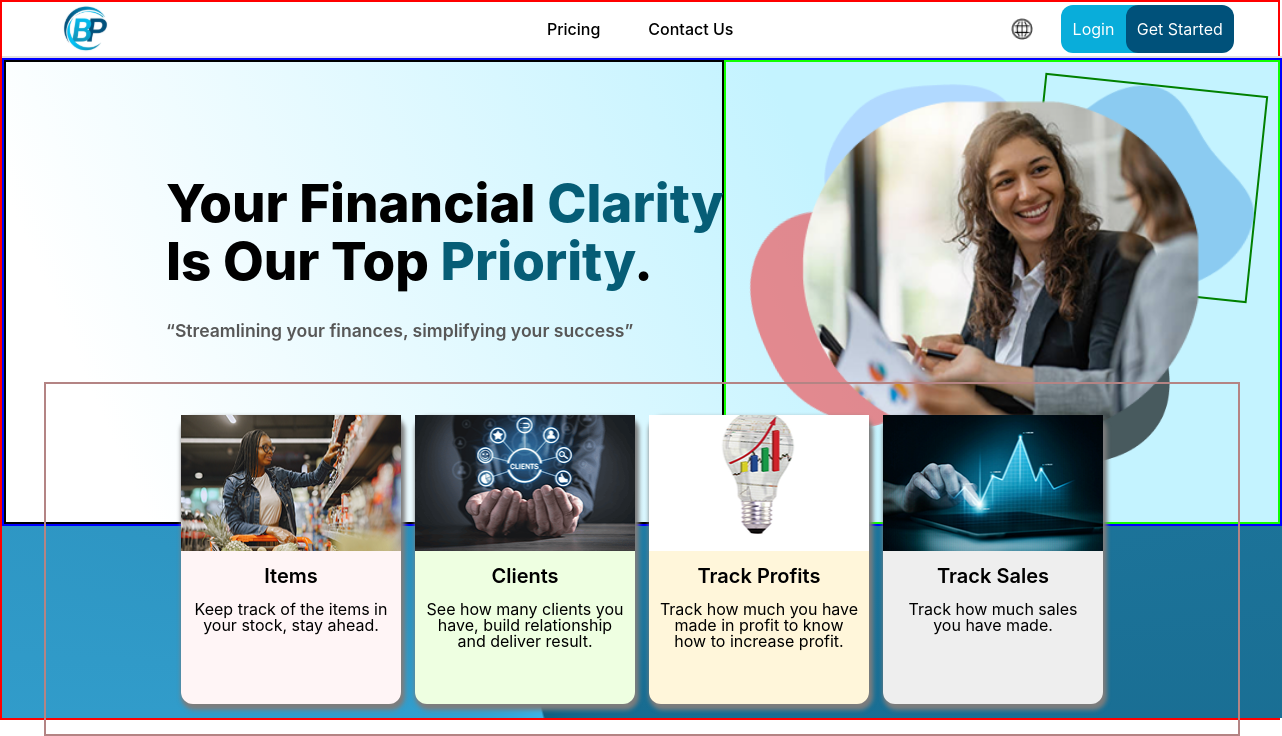
Repository: dark-txch/Bizpadi
Page: /
An editor plug-in stored every save of this project. The page is shown before and after the next save, followed by the edit.
The browser window is 1280 px wide. The page is 1282 px wide, so the pictures cover 1282 px, including what lies to the right of the window. The pictures show the whole page.
The project was rebuilt for these pictures with package versions that can differ from the ones it lists, and the page was loaded fresh each time. Also part of the build but not shown: vite.config.js, src/components/ErrorBoundary.jsx, src/components/LandingPage/PricingPage/Pricing.jsx, src/components/LandingPage/LogInPage/LogIn.jsx.

Above is the page before, as saved 2025-04-07 10:06:05.

### index.html
<!DOCTYPE html>
<html lang="en">
	<head>
		<meta charset="UTF-8" />
		<link rel="icon" type="image/svg+xml" href="/public/logo.svg" />
		<meta name="viewport" content="width=device-width, initial-scale=1.0" />
		<title>Bizpadi</title>
	</head>
	<body>
		<div id="root"></div>
		<script type="module" src="/src/main.jsx"></script>
	</body>
</html>

### src/index.css
:root {
	font-family: system-ui, Avenir, Helvetica, Arial, sans-serif;
	line-height: 1.5;
	font-weight: 400;

	color-scheme: light dark;
	color: black;
	background-color: white;

	font-synthesis: none;
	text-rendering: optimizeLegibility;
	-webkit-font-smoothing: antialiased;
	-moz-osx-font-smoothing: grayscale;
}

* {
	box-sizing: border-box;
	padding: 0;
	margin: 0;
	outline: none;
	border: none;
}

body {
	height: 100vh;
	width: 100vw;

	font-family: "inter", sans-serif;
}

a {
	text-decoration: none;
}

### src/App.jsx
import "./App.css";
import { BrowserRouter as Router, Routes, Route } from "react-router-dom";
import ErrorBoundary from "./components/ErrorBoundary";
// Upper imports are very important
import Nav from "./components/LandingPage/Nav";
import PricingPage from "./components/LandingPage/PricingPage/Pricing";
import LogInPage from "./components/LandingPage/LogInPage/LogIn";
import MidSection from "./components/LandingPage/MidSection";
import Footer from "./components/LandingPage/Footer";

function LandingPage() {
	return (
		<>
			<div className="landingPageContainer">
				<Nav />
				<MidSection />
				<Footer />
			</div>
		</>
	);
}

function App() {
	return (
		<Router>
			<Routes>
				<Route path="/" element={<LandingPage />} />
				<Route path="/pricing" element={<PricingPage />} />
				<Route path="/login" element={<LogInPage />} />
			</Routes>
		</Router>
	);
}

export default App;

### src/App.css
/*  LANDING PAGE/Main container */

@font-face {
	font-family: "MyCustomFont";
	src: url("/fonts/Inter/Inter-Italic-VariableFont_opsz,wght.ttf")
			format("truetype"),
		url("/fonts/Inter/Inter-VariableFont_opsz,wght.ttf") format("truetype");
	font-weight: normal;
	font-style: normal;
}
/* ------------------------------------------------------------------------------- */
/* THIS IS THE LANDING PAGE CONTAINER */
.landingPageContainer {
	width: 100vw;
	height: 100vh;
	font-family: "Inter", sans-serif;
	display: grid;
	/* grid-template-rows: 3.5rem 2fr 1fr; */
	grid-template-rows: 3.5rem 1fr 12rem;

	border: 2px solid red;
}

/* ------------------------------------------------------------------------------------ */
/*  THIS IS THE NAV CONTAINER */
.homepage-nav {
	width: 100%;
	display: flex;
	padding: 0 3rem 0;
	font-size: 1rem;
	align-items: center;
	justify-content: space-between;
	border-bottom: 2px solid #e1dfdf;
}
/*  THIS IS THE NAV CONTAINER CHILDREN */
.homepage-nav .logo {
	/* THIS IS THE LOGO CONTAINER */
	display: flex;
	flex: 1;
	align-self: center;
	height: inherit;
}
.homepage-nav .logo img {
	/* THIS IS THE LOGO IMG */
	height: 100%;
	width: auto;
}

.homepage-nav .pricingContact {
	/* THIS IS THE PRICING AND CONTACT US CONTAINER */
	display: flex;
	flex: 3;
	justify-content: center;
	gap: 3rem;
	font-weight: 500;
	line-height: 100%;
	letter-spacing: 0%;
}
.homepage-nav .pricingContact a {
	color: black;
	cursor: pointer;
}

.homepage-nav .loginGetStarted {
	/*THIS IS THE LOGIN AND GET STARTED CONTAINER*/
	height: 3rem;
	display: flex;
	flex: 1;
	justify-content: end;
	align-items: center;
	gap: 0.7rem;
	color: white;
	border-radius: 12px;
}
.homepage-nav .loginGetStarted img {
	/* THIS IS THE LOGIN AND GET STARTED IMAGE */
	height: 1.5rem;
	transform: translate(1rem, 0);
}
.homepage-nav .loginGetStarted a:nth-of-type(1) {
	/* THIS IS THE LOGIN BUTTON */
	background-color: #09adda;
	color: inherit;
	height: inherit;
	border-radius: inherit;
	display: flex;
	align-items: center;
	padding: 0 2rem 0 0.7rem;
	transform: translate(2rem, 0);
}

.homepage-nav .loginGetStarted a:nth-of-type(2) {
	/* THIS IS THE GET STARTED BUTTON*/
	background-color: #00517a;
	display: flex;
	align-items: center;
	white-space: nowrap;
	color: inherit;
	height: inherit;
	border-radius: inherit;
	padding: 0 0.7rem;
	position: relative;
	z-index: 2;
}

/* MIDSECTION -------------------------------------------------------------------------------*/
/* THIS IS THE MIDSECTION THAT HOUSES THE HEADER AND PARAGRAPH */
.midSection {
	display: flex;
	justify-content: center;
	/* align-items: center; */
	width: 100%;
	background: linear-gradient(246.72deg, #c4f3ff 34.96%, #ffffff 90.24%);

	border: 2px solid rgb(0, 0, 255);
}
.landingPageMotto {
	/* THIS IS THE CONTAINER FOR THE HEADER AND PARAGRAPH */
	padding: 3rem;
	/* max-width: 40rem; */
	max-width: 45rem;
	width: 100%;
	flex: 0 0 auto;
	white-space: nowrap;
	/* transform: translate(8rem, 0); */

	border: 2px solid black;
}
.landingPageMotto > h1 {
	font-weight: 800;
	font-size: 3.3rem;
	line-height: 110%;
	text-transform: capitalize;
	margin: 4rem 7rem 2rem;
}
.landingPageMotto > h1 span {
	color: #065d76;
}
.landingPageMotto > p {
	font-weight: 600;
	font-size: 1.1rem;
	line-height: 100%;
	letter-spacing: 0%;
	margin-left: 7rem;
	color: #575757;
}

.landingPageImages {
	/* THIS IS THE LANDING PAGE IMAGES CONTAINER*/
	flex: 1; /* grow to take remaining space */
	height: 100%;
	display: flex;
	justify-content: center;
	align-items: center;
	/* padding: 3rem; */
	overflow: hidden;
	position: relative; /* so children can be absolutely positioned */

	border: 2px solid rgb(17, 255, 0);
}

.landingPageImages > img {
	/* border: 2px solid green; */
	position: absolute;
	margin-top: -3rem;
}

.landingPageImages > img:nth-of-type(1) {
	/* MAIN SMILEY IMAGE */
	border-radius: 150px;
	width: 25rem;
	z-index: 100;
	/* border: 2px solid green; */
}

.landingPageImages > img:nth-of-type(2) {
	/* THIS IS THE BLACK VECTOR */
	width: 175.07px;
	height: 184.4px;
	transform: translate(5rem, 6.5rem);

	/* border: 2px solid green; */
}

.landingPageImages > img:nth-of-type(3) {
	/* EGG ROUND LIGHT BLUE VECTOR */
	width: 12.6rem;
	height: 11rem;
	opacity: 0.63;
	transform: translate(-4.8rem, -6rem);

	/* border: 2px solid green; */
}

.landingPageImages > img:nth-of-type(4) {
	/* DARK ORANGE VECTOR*/
	/* height: 153px; */
	height: 14rem;
	width: 152px;
	transform: translate(-10.5rem, 3.3rem) rotate(-15deg);

	/* border: 2px solid green; */
}

.landingPageImages > img:nth-of-type(5) {
	/* BLUE VECTOR TOP RIGHT*/
	width: 14rem;
	height: 13rem;
	transform: translate(9rem, -5rem) rotate(6deg);

	border: 2px solid green;
}

/* FOOTER---------------------------------------------------------------------------------------------- */
/* This is the footer section/container that houses the feature container */
.footer {
	width: 100vw;
	display: flex;
	justify-content: center;
	/* flex: 1; */
	background: conic-gradient(
		from 164.13deg at 41.58% 79.97%,
		#115e80 0deg,
		#3db3e6 3.6deg,
		#115e80 360deg
	);
}

.footer > section {
	width: 1196px;
	height: 354px;
	display: flex;
	justify-content: center;
	align-items: center;
	gap: 14px;
	position: absolute;
	/* top: 400px; */
	transform: translate(0, -9rem);
	z-index: 999;

	border: 2px solid rgb(180, 132, 132);
}

/* This is the container that houses all the features in the footer */
.featuresContainer {
	width: 220px;
	height: 289px;
	border-radius: 12px;
	text-align: center;
	letter-spacing: 0%;
	box-shadow: 2px 4px 4px 2px #7d7d7d;
}

.featuresContainer h1 {
	font-weight: 600;
	font-size: 20px;
	line-height: 100%;
	margin-bottom: 15px;
}

.featuresContainer p {
	font-weight: 400;
	font-size: 16px;
	line-height: 100%;
	padding: 0 10px 0;
}

/* This is the general image container for the featuresContainer */
.imageContainer {
	height: 136px;
	width: 100%;
	margin-bottom: 15px;
}

/* General styling for the images in the imageContainer */
.imageContainer img {
	width: 100%;
	height: 100%;
}

/* Added colors to the backgrounds of the footer featuresContainer individually */
.items {
	background-color: #fff5f6;
}
.clients {
	background-color: #eeffe1;
}
.trackProfits {
	background-color: #fff6da;
}
.trackSales {
	background-color: #eeeeee;
}

### src/components/LandingPage/Nav.jsx
import { Link } from "react-router-dom";

export default function Nav() {
	return (
		<>
			{/* THIS IS THE NAV CONTAINER */}
			<nav className="homepage-nav">
				{/* THIS IS THE LOGO CONTAINER */}
				<div className="logo">
					<img src="/assets/icons/logo.svg" alt="Bizpadi icon" />
				</div>

				{/* THIS IS THE PRICING AND CONTACT US CONTAINER */}
				<div className="pricingContact">
					<Link to="/pricing">Pricing</Link>
					<a href="#">Contact Us</a>
				</div>

				{/* THIS IS THE LOGIN AND GET STARTED CONTAINER*/}
				<div className="loginGetStarted">
					<img src="/assets/icons/world.png" alt="world" />
					<Link to="/login">Login</Link>
					<a href="#">Get Started</a>
				</div>
			</nav>
		</>
	);
}

### src/components/LandingPage/MidSection.jsx
export default function MidSection() {
	return (
		<section className="midSection">
			<div className="landingPageMotto">
				<h1>
					Your financial{" "}
					<span>
						clarity <br />
					</span>
					is our top <span>priority</span>.
				</h1>
				<p>“Streamlining your finances, simplifying your success”</p>
			</div>

			{/* This is the images section in the mid section */}
			<div className="landingPageImages">
				<img src="/assets/images/smiley.png" alt="smiley" />
				<img src="/assets/images/Vector-black.png" alt="vector-black" />
				<img src="/assets/images/Vector-blue.png" alt="vector-blue" />
				<img src="/assets/images/Vector-orange.png" alt="vector-orange" />
				<img src="/assets/images/Vector.png" alt="vector" />
			</div>
		</section>
	);
}

### src/components/LandingPage/Footer.jsx
export default function Footer() {
	return (
		<div className="footer">
			{/* The section container is the parent to the features */}
			<section>
				<div className="featuresContainer items">
					{/* The feautureOntainer class is given to all the divs housing the features */}
					<div className="imageContainer">
						<img src="/public/assets/images/client-1.png" alt="client-1" />
					</div>
					<h1>Items</h1>
					<p>Keep track of the items in your stock, stay ahead.</p>
				</div>

				<div className="featuresContainer clients">
					<div className="imageContainer">
						<img src="/public/assets/images/client-2.png" alt="client-2" />
					</div>
					<h1>Clients</h1>
					<p>
						See how many clients you have, build relationship and deliver
						result.
					</p>
				</div>

				<div className="featuresContainer trackProfits">
					<div className="imageContainer">
						<img
							src="/public/assets/images/track-profit.png"
							alt="track-profit"
						/>
					</div>
					<h1>Track Profits</h1>
					<p>
						Track how much you have made in profit to know how to increase
						profit.
					</p>
				</div>

				<div className="featuresContainer trackSales">
					<div className="imageContainer">
						<img
							src="../../../public/assets/images/track-sales.png"
							alt="track-sales"
						/>
					</div>
					<h1>Track Sales</h1>
					<p>Track how much sales you have made.</p>
				</div>
			</section>
		</div>
	);
}

Loaded but not shown: src/main.jsx (common file)

After the next save:
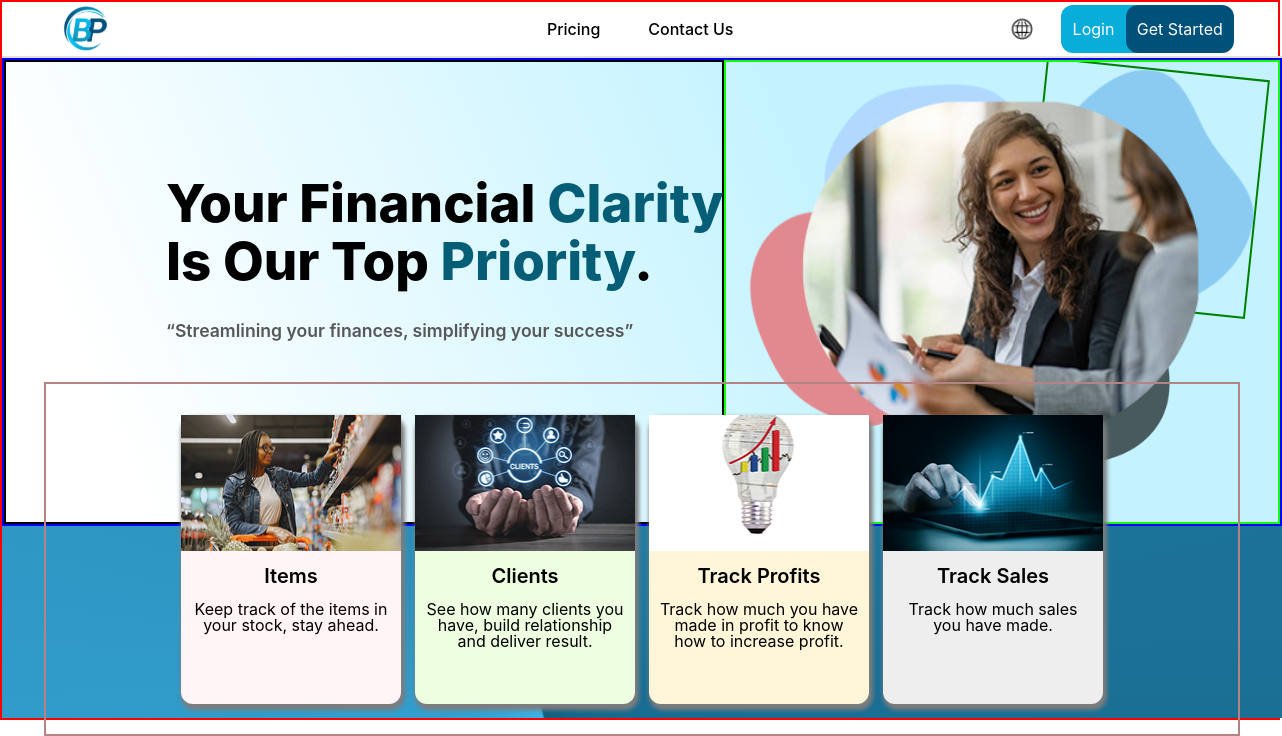
Saved 14 s later.
--- a/src/App.css
+++ b/src/App.css
@@ -205,7 +205,7 @@
 .landingPageImages > img:nth-of-type(5) {
 	/* BLUE VECTOR TOP RIGHT*/
 	width: 14rem;
-	height: 13rem;
+	height: 15rem;
 	transform: translate(9rem, -5rem) rotate(6deg);
 
 	border: 2px solid green;
